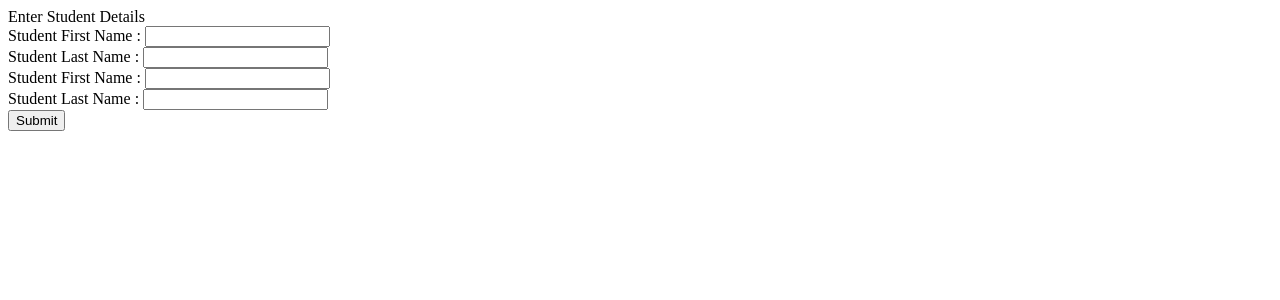
Repository: Sweta155/SchoolProject
Page: http://localhost/demo/WEB-INF/jsp/createStudent.jsp
These files come from the project's save history. The page is drawn as it stood at one moment and after the next save; the edit follows.
The browser window is 1280 px wide. The pictures show the whole page.
The page is served by Tomcat 9. Nobody is signed in. The template is opened directly, without the code that normally fills it, so the values that code supplies are empty.

Above is the page before, as saved 2019-11-28 06:30:41.

After the next save:
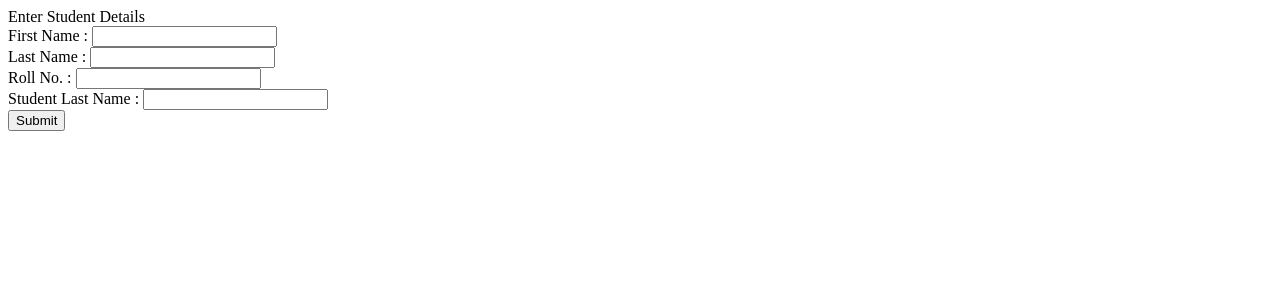
Saved 41 s later.
--- a/demo/src/main/webapp/WEB-INF/jsp/createStudent.jsp
+++ b/demo/src/main/webapp/WEB-INF/jsp/createStudent.jsp
@@ -10,9 +10,9 @@
  <font color="red">${errorMessage}</font>
   Enter Student Details<BR/>
     <form method="post">
-        Student First Name : <input type="text" name="sName" /><BR/>
-        Student Last Name  : <input type="text" name="sLName" /><BR/>
-        Student First Name : <input type="text" name="sName" /><BR/>
+        First Name : <input type="text" name="sName" /><BR/>
+        Last Name  : <input type="text" name="sLName" /><BR/>
+        Roll No.   : <input type="text" name="rollno" /><BR/>
         Student Last Name  : <input type="text" name="sLName" /><BR/>
         <input type="submit" />
     </form>
